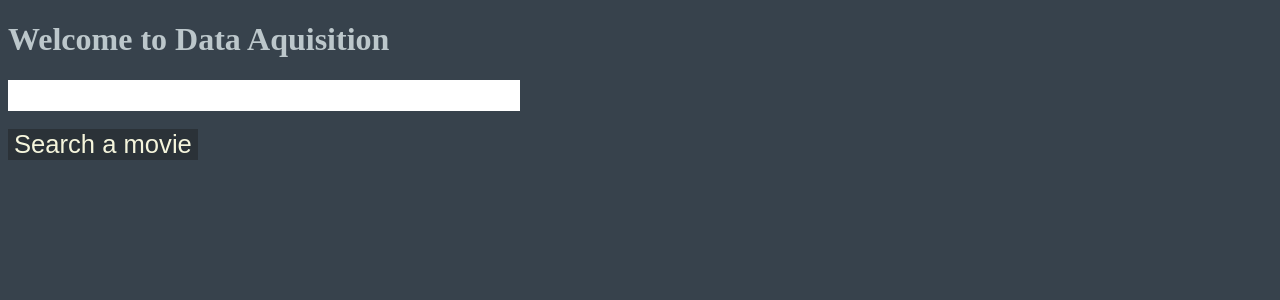
Repository: randy918/react-complete-guide-2
Page: index.html
An editor plug-in stored every save of this project. The page is shown before and after the next save, followed by the edit.
The browser window is 1280 px wide. The pictures show the whole page.

Above is the page before, as saved 2023-01-27 19:00:26.

After the next save:
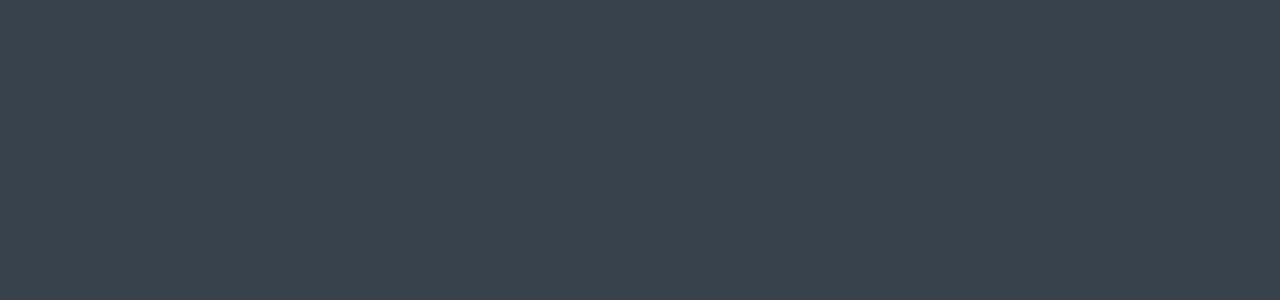
Saved 19 s later.
--- a/index.html
+++ b/index.html
@@ -13,21 +13,6 @@
 
     <body>
 
-        <div class="container">
-            <h1>Welcome to Data Aquisition</h1>
-
-            <form>
-                <div class="form-group">
-                    <input type="text" id="inputValue">
-                </div>
-
-            </form>
-        </div>
-        <br>
-        <button type="submit" id="search">Search a movie</button>
-
-        <script src="js/key.js"></script>
-        <script src="js/index.js"></script>
 
     </body>
 

After the 5 saves that followed:
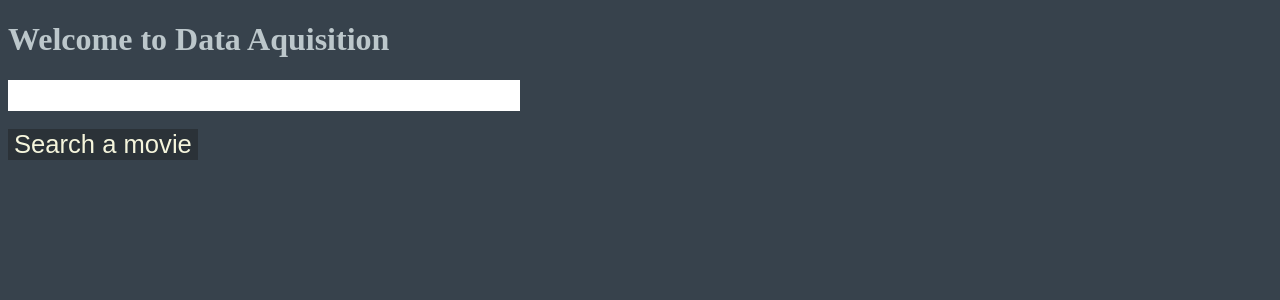
The 5 saves are shown as one change because 1 left the picture as it was and some came seconds apart.
The last was saved 79 s later.
--- a/index.html
+++ b/index.html
@@ -13,6 +13,21 @@
 
     <body>
 
+        <div class="container">
+            <h1>Welcome to Data Aquisition</h1>
+
+            <form>
+                <div class="form-group">
+                    <input type="text" id="inputValue">
+                </div>
+
+            </form>
+        </div>
+        <br>
+        <button type="submit" id="search">Search a movie</button>
+
+        <script src="js/key.js"></script>
+        <script src="js/index.js"></script>
 
     </body>
 
